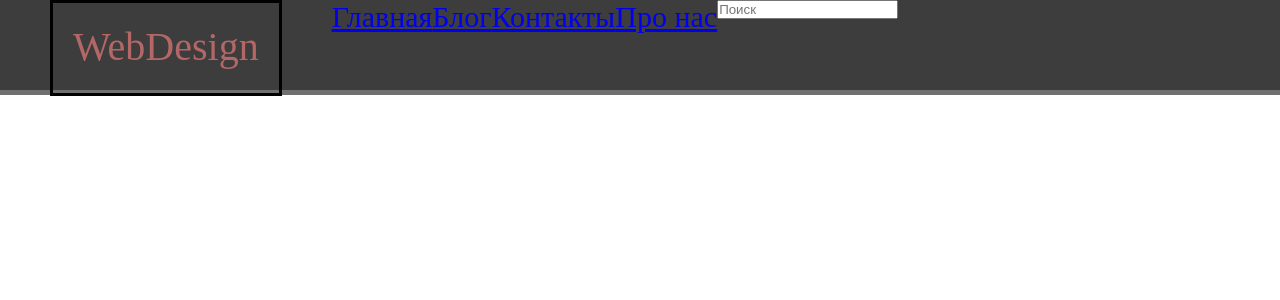
Repository: andbaik/Itprog
Page: index.htm
These files come from the project's save history. The page is drawn as it stood at one moment and after the next save; the edit follows.
The browser window is 1280 px wide. The pictures show the whole page.

Above is the page before, as saved 2021-01-19 16:06:06.

After the next save:
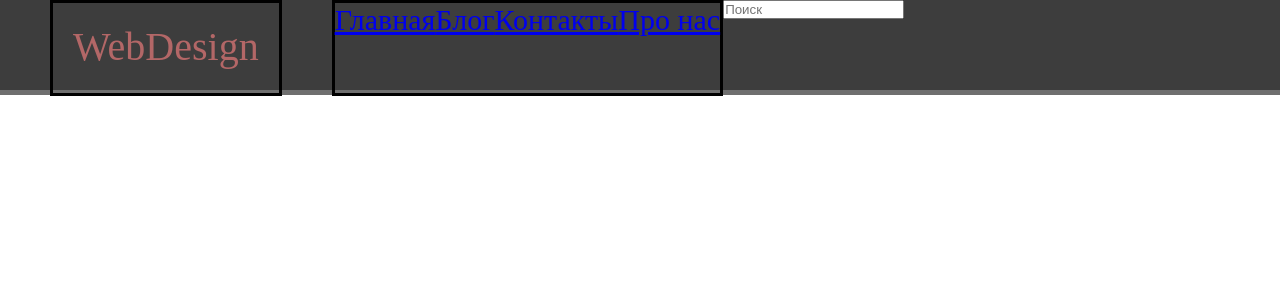
Saved 5 s later.
--- a/css/style.css
+++ b/css/style.css
@@ -31,7 +31,7 @@
 .nav {
     height: 100%;
     width: 20 px;
-    border: 3px solid #black;
+    border: 3px solid black;
 }
 
 li{
